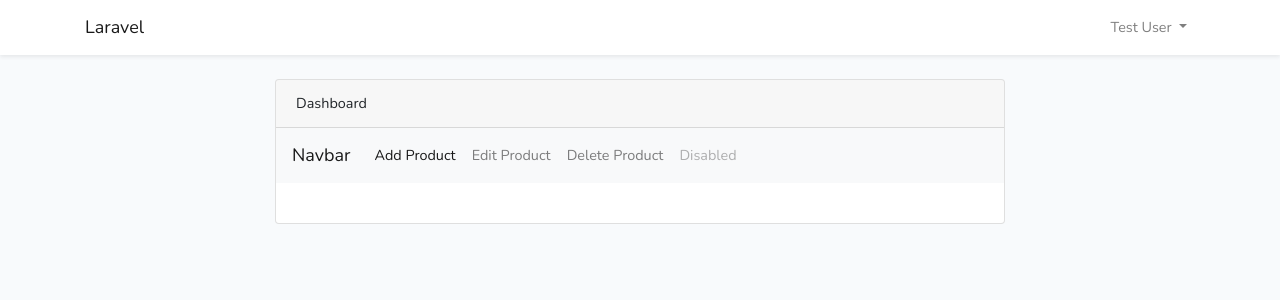
Repository: Fateen980/Tawfiq
Page: http://localhost/home
These files come from the project's save history. The page is drawn as it stood at one moment and after the next save; the edit follows.
The browser window is 1280 px wide. The pictures show the whole page.
The page is served by the project's Laravel application, run on PHP 8.4 with Laravel 8. A made-up administrator, Test User (test@example.com), is signed in.

Above is the page before, as saved 2020-09-17 08:00:17.

After the next save:
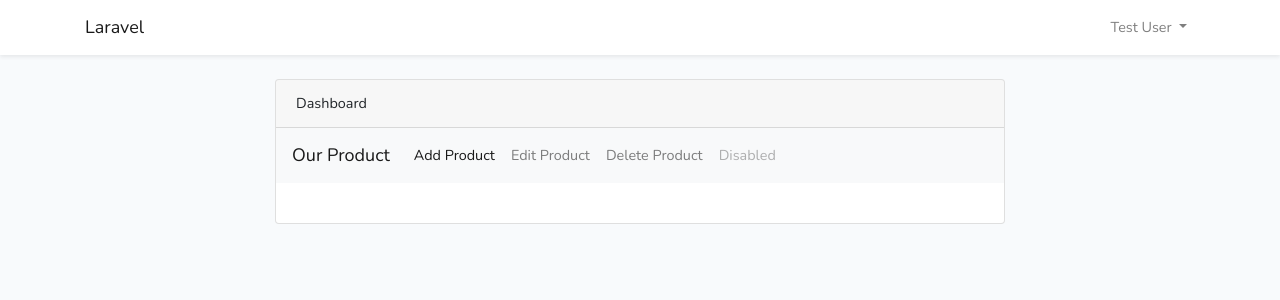
Saved 21 s later.
--- a/resources/views/home.blade.php
+++ b/resources/views/home.blade.php
@@ -8,8 +8,8 @@
                 <div class="card-header">{{ __('Dashboard') }}</div>
 
 
-                <nav class="navbar navbar-expand-lg navbar-light bg-light">
-  <a class="navbar-brand" href="#">Navbar</a>
+<nav class="navbar navbar-expand-lg navbar-light bg-light">
+  <a class="navbar-brand" href="#">Our Product</a>
   <button class="navbar-toggler" type="button" data-toggle="collapse" data-target="#navbarNav" aria-controls="navbarNav" aria-expanded="false" aria-label="Toggle navigation">
     <span class="navbar-toggler-icon"></span>
   </button>
